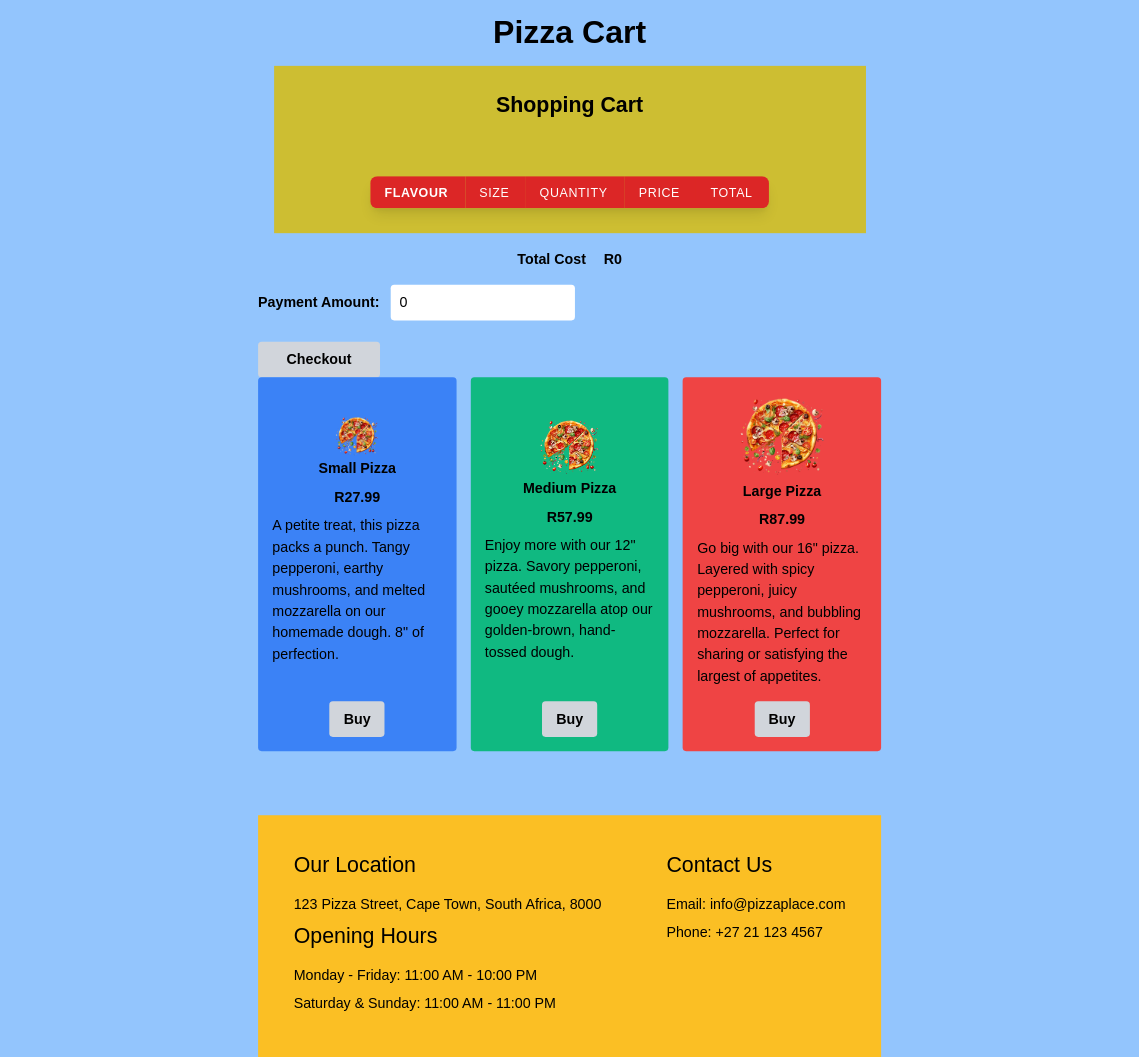
Repository: lasity34/pizza-cart-with-api
Page: index.html
These files come from the project's save history. The page is drawn as it stood at one moment and after the next save; the edit follows.
The browser window is 1280 px wide. The pictures show the whole page, at 89% of full size.
The page's requests for data from a server got no answer. Some web fonts or font styles are not loaded; a fallback is used. Some web libraries are served in a nearby version.

Above is the page before, as saved 2023-07-14 09:57:00.
Console error (its wording comes from the project's code and is left out).

### index.html
<!DOCTYPE html>
<html lang="en">
  <head>
    <meta charset="UTF-8" />
    <meta name="viewport" content="width=device-width, initial-scale=1.0" />
    <title>Pizza Cart</title>
    <script src="//unpkg.com/alpinejs" defer></script>
    <link
      href="https://cdn.jsdelivr.net/npm/tailwindcss@2.1.2/dist/tailwind.min.css"
      rel="stylesheet"
    />
    <script
      src="https://cdnjs.cloudflare.com/ajax/libs/axios/1.4.0/axios.min.js"
      integrity="sha512-uMtXmF28A2Ab/JJO2t/vYhlaa/3ahUOgj1Zf27M5rOo8/+fcTUVH0/E0ll68njmjrLqOBjXM3V9NiPFL5ywWPQ=="
      crossorigin="anonymous"
      referrerpolicy="no-referrer"
    ></script>
    <link href="./style.css" rel="stylesheet" />
    <link rel="preconnect" href="https://fonts.googleapis.com" />
    <link rel="preconnect" href="https://fonts.gstatic.com" crossorigin />
    <link
      href="https://fonts.googleapis.com/css2?family=Titillium+Web:ital@0;1&family=Tsukimi+Rounded:wght@300;400;500&display=swap"
      rel="stylesheet"
    />
  </head>
  <body x-data="pizzaCart" class="bg-blue-300" x-cloak>
    <section class="flex justify-center items-center">
      <h1 class="text-4xl pt-4 font-bold">Pizza Cart</h1>
    </section>

    <section class="shop-container my-5 p-5 sm:p-7 flex flex-col text-xs sm:text-base md:text-lg lg:text-lg justify-center items-center">
      <h2 class="text-2xl mb-2 font-bold">Shopping Cart</h2>
      <div class="mt-6 flex flex-col items-center w-full overflow-x-auto sm:overflow-visible">
        <div class="w-full sm:max-w-md">
          <section class="mt-8">
            <table class="table-auto w-full rounded-lg overflow-hidden shadow-lg mx-auto">
              <thead class="bg-red-600">
                <tr>
                  <th class="px-2 sm:px-4 py-1 sm:py-2 text-left text-xs sm:text-sm font-bold font-medium text-white uppercase tracking-wider">Flavour</th>
                  <th class="px-2 sm:px-4 py-1 sm:py-2 text-left text-xs sm:text-sm font-medium text-white uppercase tracking-wider">Size</th>
                  <th class="px-2 sm:px-4 py-1 sm:py-2 text-left text-xs sm:text-sm font-medium text-white uppercase tracking-wider">Quantity</th>
                  <th class="px-2 sm:px-4 py-1 sm:py-2 text-left text-xs sm:text-sm font-medium text-white uppercase tracking-wider">Price</th>
                  <th class="px-2 sm:px-4 py-1 sm:py-2 text-left text-xs sm:text-sm font-medium text-white uppercase tracking-wider">Total</th>
                </tr>
              </thead>
              <tbody class="bg-yellow-100 divide-y divide-gray-200 overflow-auto max-h-64">
                <template x-for="pizza in cartPizzas">
                  <tr>
                    <td class="px-2 sm:px-4 py-1 sm:py-2 whitespace-nowrap font-bold text-xs sm:text-sm text-gray-500" x-text="pizza.flavour"></td>
                    <td class="px-2 sm:px-4 py-1 sm:py-2 whitespace-nowrap font-bold text-xs sm:text-sm text-gray-500" x-text="pizza.size"></td>
                    <td class="px-2 sm:px-4 py-1 sm:py-2 whitespace-nowrap font-bold text-xs sm:text-sm text-gray-500">
                      <div class="flex items-center justify-center">
                        <button
                          @click="addPizzaToCart(pizza.id)"
                          class="bg-gray-200 hover:bg-gray-300 text-gray-800 font-bold py-1 sm:py-2 px-2 sm:px-4 rounded-l"
                        >
                          +
                        </button>
                        <div x-text="pizza.qty" class="mx-3"></div>
                        <button
                          @click="removePizza(pizza.id)"
                          class="bg-gray-200 hover:bg-gray-300 text-gray-800 font-bold py-1 sm:py-2 px-2 sm:px-4 rounded-r"
                        >
                          -
                        </button>
                      </div>
                    </td>
                    <td class="px-2 sm:px-4 py-1 sm:py-2 whitespace-nowrap font-bold text-xs sm:text-sm text-gray-500">
                      R<span x-text="pizza.price"></span>
                    </td>
                    <td class="px-2 sm:px-4 py-1 sm:py-2 whitespace-nowrap font-bold text-xs sm:text-sm text-gray-500">
                      R<span x-text="(pizza.qty * pizza.price).toFixed(2)"></span>
                    </td>
                  </tr>
                </template>
              </tbody>
            </table>
          </section>
        </div>
      </div>
    </section>




        </div>
        <div class="flex justify-center mt-4">
          <p class="font-bold">Total Cost</p>
          <p class="ml-5 font-bold">
            R<span x-text="cartTotal">0.00</span>
          </p>
        </div>
        <div class="mt-4">
          <span x-html="payMessage"></span>
        </div>

        <div class="mt-4" x-show="total() !== 0" x-cloak>
          <label class="font-bold">Payment Amount:</label>
          <input
            placeholder="Enter payment here"
            type="number"
            step="0.01"
            class="rounded ml-2 py-2"
            x-model="paymentAmount"
          />
        </div>
        <div class="mt-6">
          <button
            x-cloak
            @click="paymentTotal()"
            class="bg-gray-300 hover:bg-gray-400 py-2 px-8 rounded font-bold"
          >
            <span x-text="total() === 0 ? 'Pay' : 'Checkout'"></span>
          </button>
        </div>
      </div>
    </section>

    <section class="pizza_columns">
      <div
        class="flex flex-col gap-4 mx-auto items-center lg:items-stretch lg:flex-row justify-center"
      >
        <div
          class="flex bg-blue-500 rounded p-4 w-4/5 lg:w-4/5 flex-grow flex-shrink flex flex-col justify-between text-black items-center"
        >
          <div class="flex-grow flex flex-col items-center justify-center">
            <img src="./pizza.png" width="50" />
            <h3 class="mb-2 font-bold">Small Pizza</h3>
            <h3 class="mb-2 font-bold">R27.99</h3>
            <p class="mb-4">
              A petite treat, this pizza packs a punch. Tangy pepperoni, earthy
              mushrooms, and melted mozzarella on our homemade dough. 8" of
              perfection.
            </p>
          </div>
          <button
            @click="buy('small')"
            :disabled="smallAdded"
            class="bg-gray-300 hover:bg-gray-400 transition-colors duration-300 py-2 px-4 rounded font-bold"
          >
            Buy
          </button>
        </div>
        <div
          class="pizza_md bg-green-500 rounded p-4 w-4/5 lg:w-4/5 flex-grow flex-shrink flex flex-col justify-between text-black items-center"
        >
          <div class="flex-grow flex flex-col items-center justify-center">
            <img src="./pizza.png" width="70" />
            <h3 class="mb-2 font-bold">Medium Pizza</h3>
            <h3 class="mb-2 font-bold">R57.99</h3>
            <p class="mb-4">
              Enjoy more with our 12" pizza. Savory pepperoni, sautéed
              mushrooms, and gooey mozzarella atop our golden-brown, hand-tossed
              dough.
            </p>
          </div>
          <button
            @click="buy('medium')"
            :disabled="mediumAdded"
            class="bg-gray-300 hover:bg-gray-400 transition-colors duration-300 py-2 px-4 rounded font-bold"
          >
            Buy
          </button>
        </div>
        <div
          class="pizza_lg bg-red-500 rounded p-4 w-4/5 lg:w-4/5 flex-grow flex-shrink flex flex-col justify-between text-black items-center"
        >
          <div class="flex-grow flex flex-col items-center justify-center">
            <img src="./pizza.png" width="100" />
            <h3 class="mb-2 font-bold">Large Pizza</h3>
            <h3 class="mb-2 font-bold">R87.99</h3>
            <p class="mb-4">
              Go big with our 16" pizza. Layered with spicy pepperoni, juicy
              mushrooms, and bubbling mozzarella. Perfect for sharing or
              satisfying the largest of appetites.
            </p>
          </div>
          <button
            @click="buy('large')"
            :disabled="largeAdded"
            class="bg-gray-300 hover:bg-gray-400 transition-colors duration-300 py-2 px-4 rounded font-bold"
          >
            Buy
          </button>
        </div>
      </div>
    </section>
    <!-- all pizzas display -->
    <section class="mt-8">
        <div class="flex flex-col items-center">
            <template x-for="pizza in pizzas">
                <div class="flex items-center border-b border-gray-200 bg-yellow-200 shadow-lg rounded-lg px-4 py-4 my-3 w-full max-w-xl">
                    <div class="w-24 h-24 flex-shrink-0">
                        <img src="./pizza.png" class="w-full h-full object-cover rounded-lg" />
                    </div>
                    <div class="ml-4 flex-grow flex justify-between w-3/4 items-center">
                        <h5 class="ml-2 text-lg font-bold text-black" x-text="pizza.flavour"></h5>
                        <p class="text-lg text-black mt-5 mb-4 mr-6 font-bold">R<span x-text="pizza.price"></span></p>
                    </div>
                    <div>
                        <button @click="addPizzaToCart(pizza.id)" class="bg-gray-600 hover:bg-gray-700 text-white font-bold py-2 px-4 rounded">Buy</button>
                    </div>
                </div>
            </template>
        </div>
    </section>



    <footer class="bg-yellow-400 text-black mt-10 p-10">
      <div class="container mx-auto flex justify-between">
        <div>
          <h2 class="text-2xl mb-4">Our Location</h2>
          <p class="mb-2">123 Pizza Street, Cape Town, South Africa, 8000</p>

          <h2 class="text-2xl mb-4">Opening Hours</h2>
          <p class="mb-2">Monday - Friday: 11:00 AM - 10:00 PM</p>
          <p class="mb-2">Saturday & Sunday: 11:00 AM - 11:00 PM</p>
        </div>
        <div>
          <h2 class="text-2xl mb-4">Contact Us</h2>
          <p class="mb-2">Email: info@pizzaplace.com</p>
          <p class="mb-2">Phone: +27 21 123 4567</p>
        </div>
      </div>
    </footer>

    <div
      x-show="show"
      x-transition:enter="transition ease-out duration-300"
      x-transition:enter-start="opacity-0 transform scale-90"
      x-transition:enter-end="opacity-100 transform scale-100"
      x-transition:leave="transition ease-in duration-300"
      x-transition:leave-start="opacity-100 transform scale-100"
      x-transition:leave-end="opacity-0 transform scale-90"
      class="fixed inset-0 flex items-center justify-center z-50"
    >
      <div class="bg-green-800 text-white rounded p-5 shadow-lg">
        <p x-text="message"></p>
      </div>
    </div>

    <script src="./pizza.js"></script>
  </body>
</html>

### style.css

body {
    max-width: 700px;
    margin: 0 auto;

font-family: 'Tsukimi Rounded', sans-serif;
}

.shop-container {
    background-color: rgb(205, 190, 50);
    max-width: 95%;
    margin: 1em auto;
}

input::-webkit-outer-spin-button,
input::-webkit-inner-spin-button {
  -webkit-appearance: none;
  margin: 0;
}

input[type="number"] {
  -moz-appearance: textfield;
 text-indent: 10px;
}

[x-cloak] { display: none; }

### pizza.js
function pizzaCart() {
  return {
    quantity: 0,
    paymentAmount: 0,
    message: "",
    payMessage: "",
    smallAdded: false,
    mediumAdded: false,
    largeAdded: false,
    show: false,
    prices: {
      small: 27.99,
      medium: 57.99,
      large: 87.99,
    },
    lastMessageAdded: "",

    pizzas: [],
    username: "bjorn",
    cartId: "jI0VaxiP9k",
    cartPizzas: [],
    cartTotal: 0.0,
    increment(size) {
      if (size === "small" && this.smallAdded) {
        this.smallAmount++;
      } else if (size === "medium" && this.mediumAdded) {
        this.mediumAmount++;
      } else if (size === "large" && this.largeAdded) {
        this.largeAmount++;
      }
    },
    buy(size) {
      if (size === "small") {
        this.smallAdded = true;
        this.smallAmount++; // increment the small pizza count
        this.message = "Small Pizza has been added";
      } else if (size === "medium") {
        this.mediumAdded = true;
        this.mediumAmount++; // increment the medium pizza count
        this.message = "Medium Pizza has been added";
      } else if (size === "large") {
        this.largeAdded = true;
        this.largeAmount++; // increment the large pizza count
        this.message = "Large Pizza has been added";
      }
      this.toggleModal();
    },
    decrement(size) {
      if (size === "small" && this.smallAmount > 0 && this.smallAdded) {
        this.smallAmount--;
        if (this.smallAmount === 0) this.smallAdded = false;
      }
      if (size === "medium" && this.mediumAmount > 0 && this.mediumAdded) {
        this.mediumAmount--;
        if (this.mediumAmount === 0) this.mediumAdded = false;
      }
      if (size === "large" && this.largeAmount > 0 && this.largeAdded) {
        this.largeAmount--;
        if (this.largeAmount === 0) this.largeAdded = false;
      }
    },
    total() {
      return (
        this.smallAmount * this.prices.small +
        this.mediumAmount * this.prices.medium +
        this.largeAmount * this.prices.large
      );
    },
    paymentTotal() {
      if (this.paymentAmount < this.total()) {
        this.payMessage = `<p class='flex bg-red-600 text-white py-2 px-4 font-bold text-lg my-3 py-1'>R${(
          this.total() - this.paymentAmount
        ).toFixed(2)} is needed</p>`;
        setTimeout(() => {
          this.payMessage = "";
        }, 2000);
      } else if (this.paymentAmount > this.total()) {
        this.payMessage = `<p class='flex bg-red-600 text-white py-2 px-4 font-bold text-lg my-3 py-1'>There is R${(
          this.paymentAmount - this.total()
        ).toFixed(2)} too much</p>`;
        setTimeout(() => {
          this.payMessage = "";
        }, 2000);
      } else if (this.paymentAmount == this.total() && this.total() !== 0) {
        this.payMessage =
          "<p class='flex bg-green-600 text-white py-2 px-4 font-bold text-lg my-3 py-1'>Enjoy your pizzas<p>";
        this.reset();
        setTimeout(() => {
          this.payMessage = "";
        }, 2000);
      }
    },
    toggleModal() {
      this.show = !this.show;
      if (this.show) {
        setTimeout(() => {
          this.show = false;
        }, 2000); // Close after 2 seconds
      }
    },
    reset() {
      this.smallAmount = 0;
      this.mediumAmount = 0;
      this.largeAmount = 0;
      this.paymentAmount = 0;
      this.message = "";

      this.smallAdded = false;
      this.mediumAdded = false;
      this.largeAdded = false;
      this.show = false;
    },


    // API

    getCart() {
      const getCartURL = `https://pizza-api.projectcodex.net/api/pizza-cart/${this.cartId}/get`;

      return axios.get(getCartURL);
    },
    addPizza(pizzaId) {
      return axios.post(
        "https://pizza-api.projectcodex.net/api/pizza-cart/add",
        {
          cart_code: this.cartId,
          pizza_id: pizzaId,

        }
      );
    },
    removePizza(pizzaId) {
      return axios.post(
        "https://pizza-api.projectcodex.net/api/pizza-cart/remove",
        {
          cart_code: this.cartId,
          pizza_id: pizzaId,

        }
      );
    },
    showCartData() {
      this.getCart().then((result) => {
        const cartData = result.data;
        this.cartPizzas = cartData.pizzas;
        this.cartTotal = cartData.total;
      });
    },
    init() {
      axios
        .get("https://pizza-api.projectcodex.net/api/pizzas")
        .then((result) => {
          this.pizzas = result.data.pizzas;
        });

      this.showCartData();
    },
    addPizzaToCart(pizzaId) {
      this.addPizza(pizzaId).then(() => {
        this.showCartData();
      });
    },
    removePizzaFromCart() {
      this.removePizza(pizzaId).then(() => {
        this.showCartData();
      })
    },
  };
}

document.addEventListener("alpine:init", () => {
  Alpine.data("pizzaCart", pizzaCart);
});

After the next save:
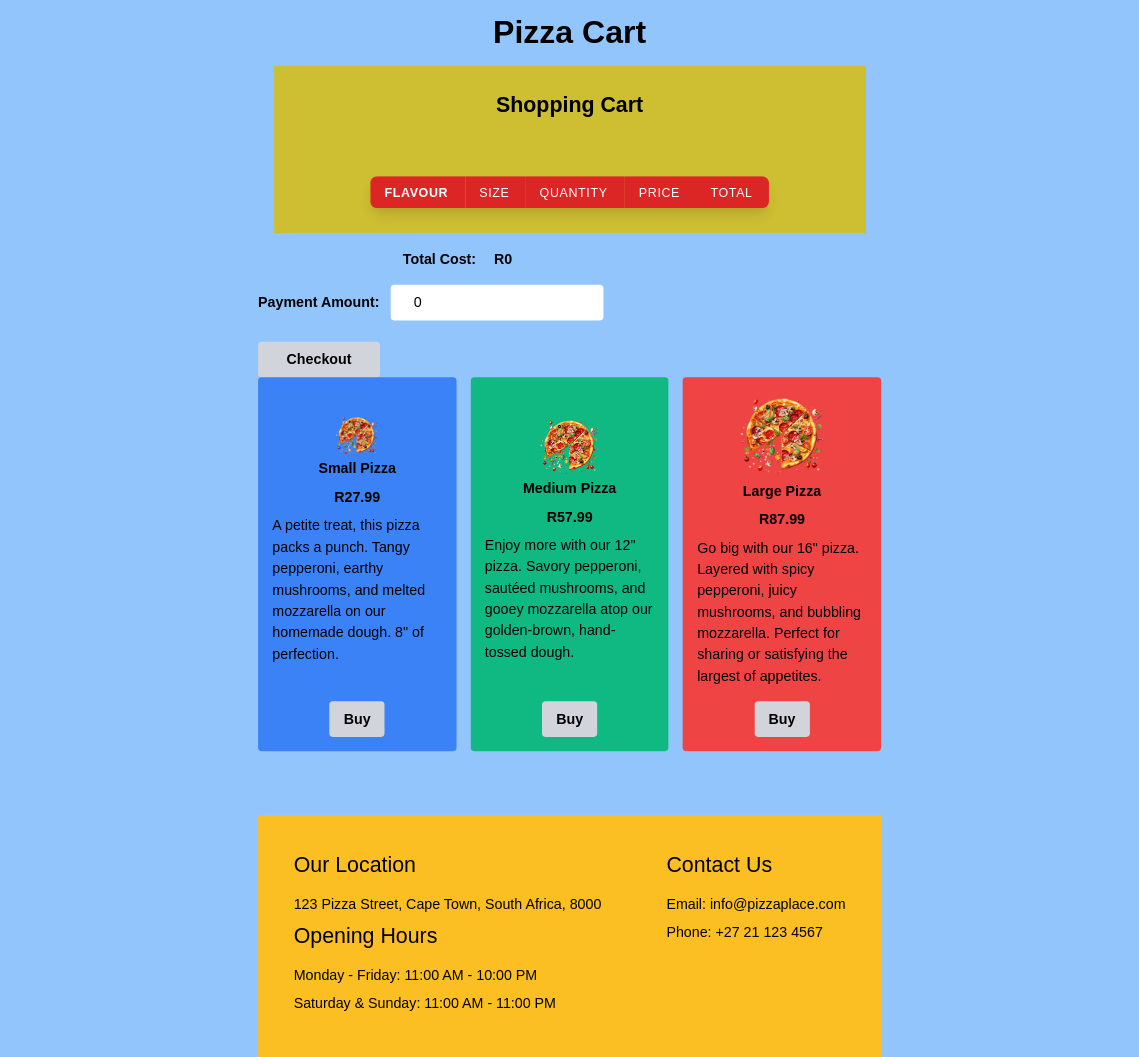
Saved 2 min 14 s later.
--- a/index.html
+++ b/index.html
@@ -83,38 +83,37 @@
 
 
 
-        </div>
-        <div class="flex justify-center mt-4">
-          <p class="font-bold">Total Cost</p>
-          <p class="ml-5 font-bold">
-            R<span x-text="cartTotal">0.00</span>
-          </p>
-        </div>
-        <div class="mt-4">
-          <span x-html="payMessage"></span>
-        </div>
-
-        <div class="mt-4" x-show="total() !== 0" x-cloak>
-          <label class="font-bold">Payment Amount:</label>
-          <input
-            placeholder="Enter payment here"
-            type="number"
-            step="0.01"
-            class="rounded ml-2 py-2"
-            x-model="paymentAmount"
-          />
-        </div>
-        <div class="mt-6">
-          <button
-            x-cloak
-            @click="paymentTotal()"
-            class="bg-gray-300 hover:bg-gray-400 py-2 px-8 rounded font-bold"
-          >
-            <span x-text="total() === 0 ? 'Pay' : 'Checkout'"></span>
-          </button>
-        </div>
-      </div>
-    </section>
+  </div>
+  <div class="flex justify-center mt-4 w-full sm:max-w-md">
+    <p class="font-bold">Total Cost:</p>
+    <p class="ml-5 font-bold">
+      R<span x-text="cartTotal">0.00</span>
+    </p>
+  </div>
+  <div class="mt-4 w-full sm:max-w-md">
+    <span x-html="payMessage"></span>
+  </div>
+  <div class="mt-4 w-full sm:max-w-md" x-show="total() !== 0" x-cloak>
+    <label class="font-bold">Payment Amount:</label>
+    <input
+      placeholder="Enter payment here"
+      type="number"
+      step="0.01"
+      class="rounded ml-2 py-2 px-4 w-full sm:w-auto"
+      x-model="paymentAmount"
+    />
+  </div>
+  <div class="mt-6 w-full sm:max-w-md">
+    <button
+      x-cloak
+      @click="paymentTotal()"
+      class="bg-gray-300 hover:bg-gray-400 py-2 px-8 rounded font-bold w-full sm:w-auto"
+    >
+      <span x-text="total() === 0 ? 'Pay' : 'Checkout'"></span>
+    </button>
+  </div>
+</div>
+</section>
 
     <section class="pizza_columns">
       <div
